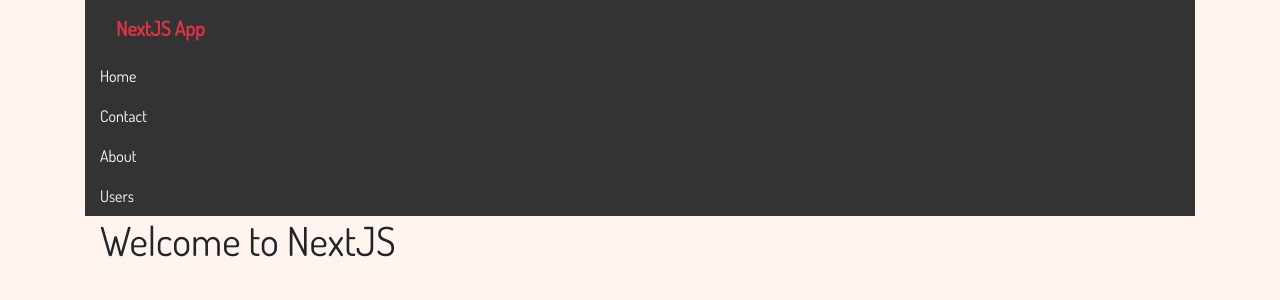
Repository: CaptainStorm21/NextJS-React16
Page: /
An editor plug-in stored every save of this project. The page is shown before and after the next save, followed by the edit.
The browser window is 1280 px wide. The pictures show the whole page.
The page's requests for data from a server got no answer. The project was rebuilt for these pictures with package versions that can differ from the ones it lists, and the page was loaded fresh each time. The framework's server and built-in components were replaced by stand-ins that run in the browser. No one was signed in, and anything a server would have sent is missing. Also part of the build but not shown: styles/main.css.

Above is the page before, as saved 2020-06-10 17:36:44.

### pages/index.js
import React, { Component } from "react";
import axios from "axios";
import MainLayout from "../components/layouts/MainLayout";
// import '../styles/main.css'
import MyStyle from '../styles/main.css';

export default class Home extends Component {
  static async getInitialProps({ pathname, query, asPath, req, res }) {
    let userData;

    try {
      const response = await axios.get(
        "http://jsonplaceholder.typicode.com/users/1"
      );
      userData = response.data;
      // console.log('getting loaded first')
      // console.log(userData)
    } catch {
      console.log("error");
    }
    // const request = axios.get('http://jsonplaceholder.typicode.com/users/1')
    //   .then(response => {
    //                             console.log(response.data)
    //                           })
    // console.log(context);

    console.log(pathname);
    console.log(res);
    console.log(req);

    return {
      user: {
        name: "Francis",
        lastName: "Medici",
      },
      userData,
    };
  }
  constructor(props) {
    super(props);
    // console.log("constructor");
    console.log(this.props.user);
    this.state = {
      user: this.props.user,
      userData: this.props.userData,
    };
  }
  render() {
    console.log(this.props.user);
    console.log(this.state);
    return (
      <>
        <MainLayout>
          <h1 className={MyStyle.superAwesome}>Welcome to NextJS</h1>
        </MainLayout>
      </>
    );
  }
}

### components/layouts/MainLayout.js
import React from "react";
import Header from "../includes/Header";
import Head from "next/head";

const mainLayout = (props) => (
  <>
    <Head>
      <title>Welcomet NextJS App</title>
      <link href="#" rel="stylesheet" />
      <link
        href="https://fonts.googleapis.com/css2?family=Dosis&display=swap"
        rel="stylesheet"
      />
      <link
        href="https://cdnjs.cloudflare.com/ajax/libs/twitter-bootstrap/4.3.1/css/bootstrap.min.css"
        rel="stylesheet"
      />
      <link href="/static/css/styles.css" rel="stylesheet" />
    </Head>
    <div className="mainLayout container">
      <Header />
      <div className="container">{props.children}</div>
    </div>
  </>
);

export default mainLayout;

### components/includes/Header.js
import React, { Component } from "react";
import Link from "next/link";

const Header = () => (
  <>
    <header>
      <div className="container">
        <nav className="navbar navbar-expand-lg navbar-light">
          <Link href="/">
            <a className="navbar-brand">NextJS App</a>
          </Link>
        </nav>

        <div className="collapase navbar-collapse">
          <div className="navbar-nav">
            <Link href="/">
              <a className="nav-item nav-link">Home</a>
            </Link>
            <Link href="/contact">
              <a className="nav-item nav-link">Contact</a>
            </Link>
            <Link href="/about">
              <a className="nav-item nav-link">About</a>
            </Link>
            <Link href="/users">
              <a className="nav-item nav-link">Users</a>
            </Link>
          </div>
        </div>
      </div>
    </header>
  </>
);

export default Header;

### static/css/styles.css
.contact_static {
  color: green;
  background-color: yellow;
}

header {
  background: #333333;
}

header .navbar-brand {
  color: #dc3545 !important;
  font-weight: 900;
}

header .navbar-nav .nav-item {
  color: #ffffff !important;
}

body {
  font-family: "Dosis", sans-serif;
  background-color:  seashell;
}

After the next save:
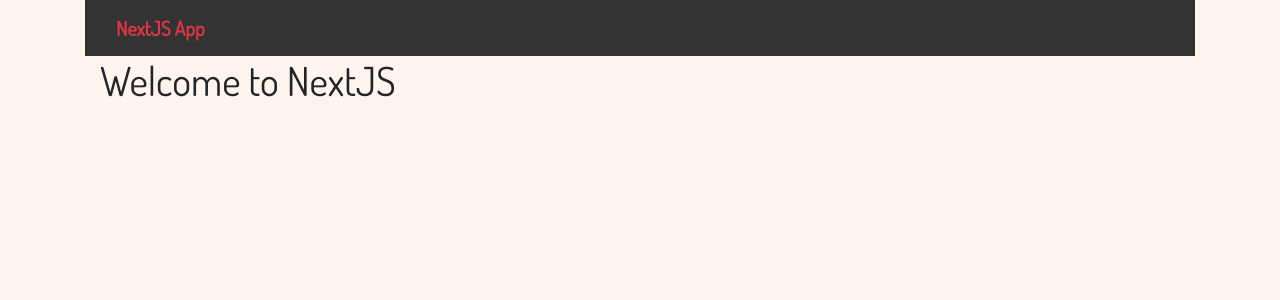
Saved 22 s later.
--- a/components/includes/Header.js
+++ b/components/includes/Header.js
@@ -11,7 +11,7 @@
           </Link>
         </nav>
 
-        <div className="collapase navbar-collapse">
+        <div className="collapse navbar-collapse">
           <div className="navbar-nav">
             <Link href="/">
               <a className="nav-item nav-link">Home</a>

After the 2 saves that followed:
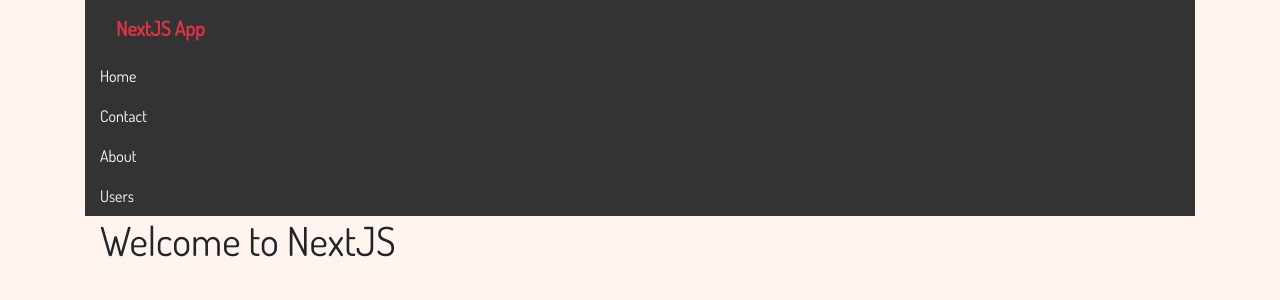
The 2 saves are shown as one change because 1 left the picture as it was.
The last was saved 40 s later.
--- a/components/includes/Header.js
+++ b/components/includes/Header.js
@@ -10,8 +10,7 @@
             <a className="navbar-brand">NextJS App</a>
           </Link>
         </nav>
-
-        <div className="collapse navbar-collapse">
+        <div className=" navbar-collapse">
           <div className="navbar-nav">
             <Link href="/">
               <a className="nav-item nav-link">Home</a>
